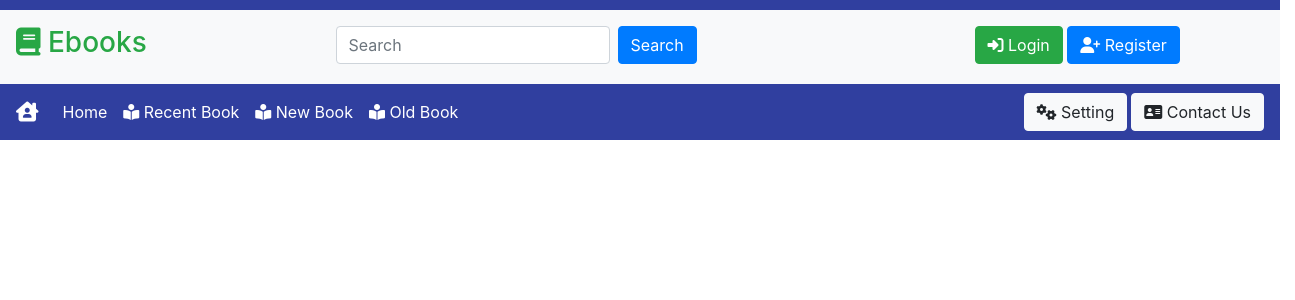
Repository: chittaranjan24/E-Books_Management_System
Page: http://localhost/Ebook-App/view_book.jsp
An editor plug-in stored every save of this project. The page is shown before and after the next save, followed by the edit.
The browser window is 1280 px wide. The page is 1295 px wide, so the pictures cover 1295 px, including what lies to the right of the window. The pictures show the whole page.
Some web libraries are served in a nearby version. The page is served by Tomcat 9.

Above is the page before, as saved 2023-08-28 21:58:37.

After the next save:
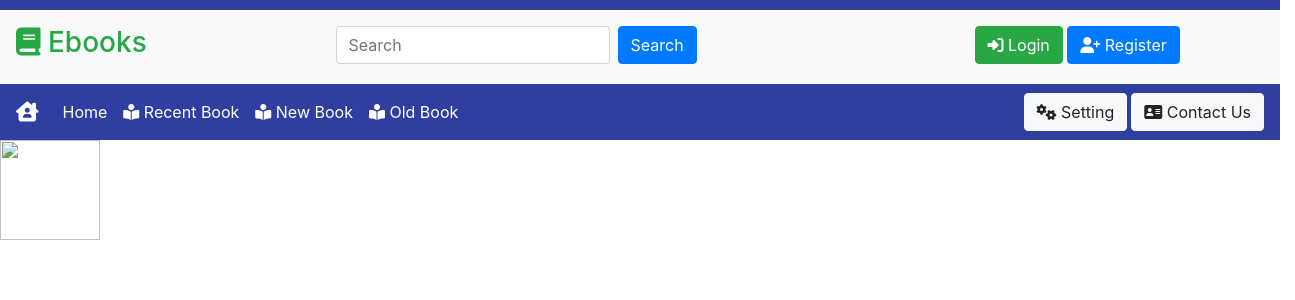
Saved 2 min 24 s later.
--- a/Ebook-App/src/main/webapp/view_book.jsp
+++ b/Ebook-App/src/main/webapp/view_book.jsp
@@ -13,7 +13,7 @@
 	<div class="contaner">
 		<div class="row">
 			<div class="col-md-6">
-
+			<img alt="" src="" style="height: 100px; width: 100px;">
 			</div>
 
 			<div class="col-md-6">
